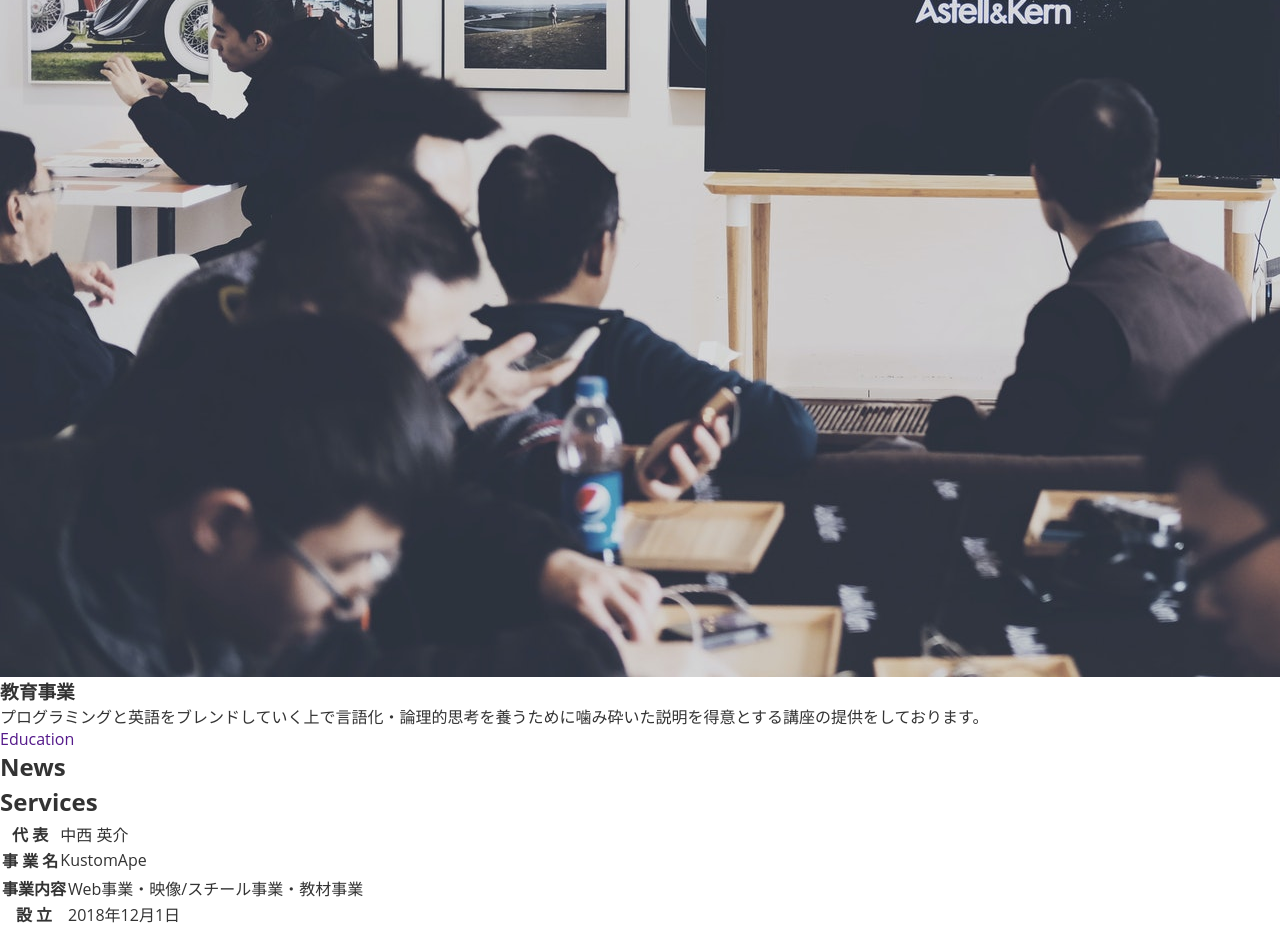
Repository: AirDepot/web
Page: index.html
These files come from the project's save history. The page is drawn as it stood at one moment and after the next save; the edit follows.
The browser window is 1280 px wide. The pictures show the part of the page from y = 3403 to 4355 px (the page is 4331 px tall before and 4355 px after).
A picture or video elsewhere on the page could not be fetched, so the positions and the page height are approximate.

Above is the page before, as saved 2020-06-26 15:04:23.
Not found: script.js

### index.html
<html lang="ja">
<head>
  <meta charset="UTF-8">
  <meta name="viewport" content="width=device-width,initial-scale=1">
  <link rel="icon" type="image/png" sizes="192x192" href="/assets/favicon/favicon.png">
  <link rel="icon" type="image/png" sizes="32x32" href="/assets/favicon/favicon.png">
  <title>KustomApe - 言語化のためのデザイン/開発/映像</title>
  <meta property="og:title" content="KustomApe - 言語化のためのデザイン/開発/映像" />
  <meta property="og:description" content="Pythonを使ったプロダクト開発のKustomApe。車業界、ストリート映像を軸としたプロダクト開発。Web開発、データクローリング、映像・写真、プログラミングの教材開発を行っています。" />
  <meta property="og:url" content="https://kustomape.com/" />
  <meta property="og:image" content="./assets/ogp.png" />
  <link href="./assets/css/common.css" rel="stylesheet">
</head>
<body class="index">
  <div class="layer__wrapper">
    <div class="layer__scroll"><a href="#section1" class="layer__scroll-pagetop"><img class="layer__scroll-pagetop-image animation-opacity d9" src="./assets/module/scroll-dot.png"/> <span class="layer__scroll-pagetop-text animation-opacity d10">SCROLL</span> <img class="layer__scroll-pagetop-image animation-opacity d10" src="./assets/module/scroll-line.png"/></a></div>
  </div>
  <div class="layer__wrapper">
    <div class="layer__credit">
      <div class="layer__credit-rotate">
        <div class="layer__credit-text animation-opacity d8">© KustomApe All Rights Reserved.</div>
      </div>
    </div>
  </div>
  <div class="layer__wrapper">
    <div class="layer__footer">
      <footer class="footer">
        <ul class="footer__nav animation d8">
          <li class="footer__nav-item"><a class="footer__link" href="https://docs.google.com/forms/d/e/1FAIpQLSejsZPWXz8TFLv6fd39wGnHjJIbGni74mX6pPK20YZa8uLMkA/viewform?usp=sf_link">Contact</a></li>
          <li class="footer__nav-item"><a class="footer__link" href="http://twitter.com/NeuAsk435">Twitter</a></li>
        </ul>
      </footer>
    </div>
  </div>
  <div class="layer__background animation-slow d1">
    <div class="wave"><img class="wave__data wave__data--image" src="main_background.svg" /></div>
  </div>
  <header class="header">
    <div class="header__content">
      <div class="header__content-left animation-opacity d1"><a href="/"><img src="./assets/logo.png" class="header__logo" alt="KustomApe"/></a></div>
      <nav class="header__content-center nav"><label class="nav__sp-label animation-opacity d1" for="nav__sp-checkbox"><img src="./assets/icon/menu-sharp.png" class="nav__sp-icon-menu"/></label> <input type="checkbox" id="nav__sp-checkbox" class="nav__sp-checkbox">
        <div class="nav__content" data-js-action="clickCloseSpMenu">
          <div class="nav__content-bg">
            <div class="nav__close-menu"><label class="nav__sp-label" for="nav__sp-checkbox"></label>
                <img src="./assets/icon/close-sharp.png" class="nav__sp-close-button" data-js-action="clickCloseSpMenu" />
            </div>
            <a href="#section2" class="nav__link animation-opacity d7" data-js-action="clickCloseSpMenu">About</a>
            <a href="#section3" class="nav__link animation-opacity d7" data-js-action="clickCloseSpMenu">Works</a>
            <a href="#section4" class="nav__link animation-opacity d7" data-js-action="clickCloseSpMenu">News</a>
            <a href="#section5" class="nav__link animation-opacity d7" data-js-action="clickCloseSpMenu">Contact</a>
        </div>
        </div>
      </nav>
      <div class="header__content-right"></div>
    </div>
  </header>
  <div class="fullpage-scroll">
    <div class="fullpage-scroll__area section1" id="section1">
      <div class="section1__layout">
        <div class="section1__content">
          <div class="section1__catch-copy">
            <p class="section1__text animation d2">Verbalize / Design</p>
            <p class="section1__text animation d4">Development / Videography</p>
          </div>
        </div>
      </div>
    </div>
    <div class="fullpage-scroll__area section2" id="section2">
      <div class="section2__layout">
        <div class="section2__headline">
          <h2 class="section2__title text-effects">About</h2><img class="section2__title-image image-effects" src="./assets/module/section-line.png" /></div>
        <div class="section2__content">
          <p class="section2__text text-effects">KustomApe(カスタムエイプ)は車業界、ストリートを軸としたWeb開発、データ収集、機械学習などメインの事業としている傍ら、イメージを言語化して、プロダクトに反映することを得意としています。プログラミング・英語・映像を軸とした教材開発も行っています。<br />アパレルデザイン・ブランディングなど個人に特化したコンテンツも提供しております。</p>
        </div>
      </div>
    </div>
    <div class="fullpage-scroll__area section3" id="section3">
      <div class="section3__layout">
        <div class="section3__headline">
          <h2 class="section3__title text-effects">Works</h2><img class="section3__title-image image-effects" src="./assets/module/section-line.png" /></div>
        <div class="section3__content">
          <div class="section3__work">
            <div class="section3__work-left"><img class="section3__business-image-brand image-effects-left" src="../assets/img/programming.jpg"></div>
            <div class="section3__work-right">
              <h3 class="section3__work-title section3__work-title-brand text-effects">Python事業</h3>
              <p class="section3__work-text text-effects">Pythonを使ったプログラミング講座のご提案<br />Pythonを使ったWeb開発・データ収集・機械学習などを手掛けております。</p>
              <div class="section3__work-text-box image-effects-opacity"><a class="section3__work-text-link" href="" target="_blank">Python/Django</a></div>
            </div>
          </div>
          <div class="section3__work2">
            <div class="section3__work-right"><img class="section3__business-image-advertise image-effects-right" src="../assets/img/videography.jpg"></div>
            <div class="section3__work2-left">
              <h3 class="section3__work-title section3__work-title-advertise text-effects">映像事業</h3>
              <p class="section3__work-text text-effects">言語化を基盤に映像といった表現方法を使ってストリートビデオ・Pythonプログラミング講座の映像制作などを手掛けております。</p>
              <div class="section3__work-text-box image-effects-opacity"><a class="section3__work-text-link" href="" target="_blank">Videography</a></div>
            </div>
          </div>
          <div class="section3__work">
            <div class="section3__work-left"><img class="section3__business-image-brand image-effects-left" src="../assets/img/photography.jpg"></div>
            <div class="section3__work-right">
              <h3 class="section3__work-title section3__work-title-brand text-effects">スチール事業</h3>
              <p class="section3__work-text text-effects">言語化を瞬間で捉えるをコンセプトにフォーマル・カジュアルを得意とし、光のないところで被写体を光にする1枚を撮影・編集しております。</p>
              <div class="section3__work-text-box image-effects-opacity"><a class="section3__work-text-link" href="" target="_blank">Still Photography</a></div>
            </div>
          </div>
          <div class="section3__work2">
            <div class="section3__work-right"><img class="section3__business-image-advertise image-effects-right" src="../assets/img/education.jpg"></div>
            <div class="section3__work2-left">
              <h3 class="section3__work-title section3__work-title-advertise text-effects">教育事業</h3>
              <p class="section3__work-text text-effects">プログラミングと英語をブレンドしていく上で言語化・論理的思考を養うために噛み砕いた説明を得意とする講座の提供をしております。</p>
              <div class="section3__work-text-box image-effects-opacity"><a class="section3__work-text-link" href="" target="_blank">Education</a></div>
            </div>
          </div>
        </div>
      </div>
    </div>
    <div class="fullpage-scroll__area section4" id="section4">
      <div class="section4__layout">
        <div class="section4__headline">
          <h2 class="section4__title text-effects">News</h2><img class="section4__title-image image-effects" src="./assets/module/section-line.png" /></div>
        <div class="section4__news"></div>
      </div>
    </div>
    <div class="fullpage-scroll__area section5" id="section5">
      <div class="section5__layout">
        <div class="section5__headline">
          <h2 class="section5__title text-effects">Services</h2><img class="section5__title-image image-effects" src="./assets/module/section-line.png" /></div>
        <div class="section5__tables">
          <table class="section5__table text-effects">
            <tbody class="section5__table-body">
              <tr class="section5__table-row">
                <th class="section5__table-head">代 表</th>
                <td class="section5__table-description">中西 英介</td>
              </tr>
              <tr class="section5__table-row">
                <th class="section5__table-head">事 業 名</th>
                <td class="section5__table-description">KustomApe</td>
              </tr>
            </tbody>
          </table>
          <table class="section5__table text-effects">
            <tbody class="section5__table-body">
              <tr class="section5__table-row">
                <th class="section5__table-head">事業内容</th>
                <td class="section5__table-description">Web事業・映像/スチール事業・教材事業</td>
              </tr>
              <tr class="section5__table-row">
                <th class="section5__table-head">設 立</th>
                <td class="section5__table-description">2018年12月1日</td>
              </tr>
            </tbody>
          </table>
        </div>
      </div>
    </div>
  </div>
  <script src="script.js"></script>
</body>
</html>

### assets/css/common.css
/**********************************************
*** GENERAL
**********************************************/

* {
    margin: 0;
    padding: 0;
    box-sizing: border-box;
}

.clearfix::after {
    content: "";
    display: table;
    clear: both;
}

html {
    overflow: auto;
}

body {
    color: #333;
    font-family: Open Sans, Arial, Helvetica, sans-serif;
    overflow: hidden;
}

ul {
    list-style: none;
}

a {
    text-decoration: none;
}

div#wrap {
    width: 100%;
    margin-top: -3rem;
}

div#home {
    width: 100%;
    height: 1080px;
    background-image: url(../img/wrap_bg.svg);
    background-position: center top;
    background-repeat: no-repeat;
    background-size: cover;
}

header#header {
    width: 100%;
    height: 150px;
    margin-left: 5rem;
}

header#header h1#logo {
    width: 500px;
    margin-top: 3rem;
}

h1#logo img {
    margin-top: 3rem;
    width: 350px;
}

nav#nav {
    margin-top: -4rem;
}

nav#nav ul#navigations {
    display: flex;
    justify-content: center;
    align-items: center;
    list-style: none;
    margin-left: 43rem;
}

nav#nav ul#navigations li {
    padding-right: 3.5rem;
}

nav#nav ul#navigations li a {
    color: #fff;
}

div#header_contents {
    display: inline-flex;
    margin-left: 5rem;
    padding: 15rem 0;
}

div#header_contents h2#concept {
    padding: 4.5rem 1rem;
    letter-spacing: 0.1rem;
    font-weight: 100;
    font-size: 1.5rem;
}

div#header_contents p#ape_icon img {
    width: 200px;
}

h3.section_titles {
    font-size: 2rem;
    font-weight: 500;
    padding-top: 3rem;
    margin-left: 5rem;
    letter-spacing: 0.1rem;
}

div#about {
    width: 100%;
    height: 850px;
}

div#about p#about_kustomape {
    padding-top: 9rem;
    margin-left: 5rem;
    font-size: 1rem;
    letter-spacing: 0.1rem;
    line-height: 5rem;
}

div#products {
    width: 100%;
    height: 850px;
    background: #F5F9FA;
}

section.box_master {
    display: block;
    width: 1200px;
    margin: 0 auto;
    margin-top: 9rem;
}

div#works {
    width: 100%;
    height: 850px;
}

p.box {
    display: inline-block;
    background-image: url(../img/box_bg.svg);
    background-position: center top;
    background-repeat: no-repeat;
    background-size: cover;
    width: 300px;
    height: 150px;
    color: #fff;
    font-weight: 100;
    text-align: center;
    padding: 4rem 0;
    margin: 1rem;
}


div#developers {
    width: 100%;
    height: 850px;
    background: #F5F9FA;
}

p#profile_pic img {
    display: block;
    width: 300px;
    margin: 0 auto;
    margin-top: 9rem;
}

div#profile_desc {
    margin-top: 3rem;
}

p.about_eisuke {
 text-align: center;
 padding-top: 1rem;
 letter-spacing: 0.1rem;
 font-size: 1rem;
}

p.about_eisuke_bold {
 text-align: center;
 padding-top: 1rem;
 letter-spacing: 0.15rem;
 font-size: 1.3rem;
 font-weight: bold;
}

div#contact {
    width: 100%;
    height: 850px;
}

div#contact p#kustomape_contact {
    padding-top: 7rem;
    margin-left: 5rem;
    font-size: 1rem;
    letter-spacing: 0.1rem;
    line-height: 5rem;
}

p.box_bk {
    display: inline-block;
    background: url('../img/contact_bg.svg');
    background-position: center top;
    background-repeat: no-repeat;
    background-size: cover;
    width: 300px;
    height: 150px;
}

p.box_bk a.btn_item {
    display: block;
    color: #fff;
    font-weight: 100;
    text-align: center;
    margin: 1rem;
    padding: 3rem 0;
}


footer#footer {
    width: 100%;
    height: 7rem;
    background: #285E7F;
}

footer#footer small {
    display: block;
    text-align: center;
    color: #fff;
    padding: 3rem 0;
}

After the next save:
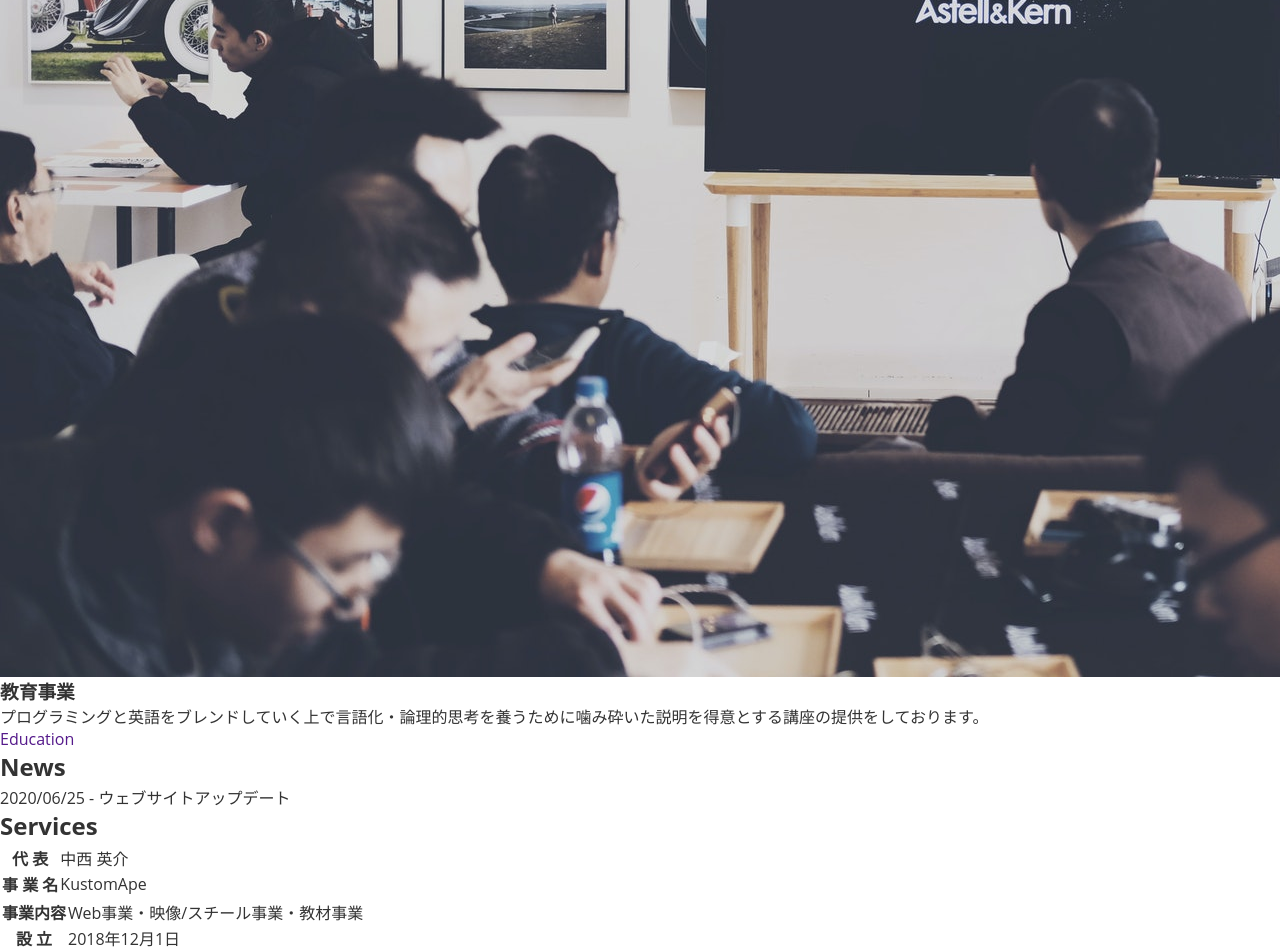
Saved 2 min 18 s later.
--- a/index.html
+++ b/index.html
@@ -118,7 +118,7 @@
       <div class="section4__layout">
         <div class="section4__headline">
           <h2 class="section4__title text-effects">News</h2><img class="section4__title-image image-effects" src="./assets/module/section-line.png" /></div>
-        <div class="section4__news"></div>
+        <div class="section4__news">2020/06/25 - ウェブサイトアップデート</div>
       </div>
     </div>
     <div class="fullpage-scroll__area section5" id="section5">
